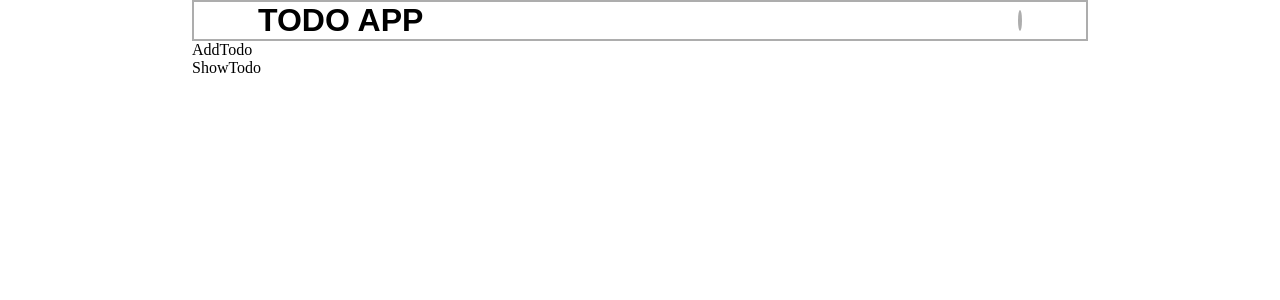
Repository: michalmilek/TodoApp
Page: /
The author's editor kept a copy of each file at every save. The page is drawn from the files as they stood at one save, then again after a run of saves.
The browser window is 1280 px wide. The pictures show the whole page.
Some web fonts or font styles are not loaded; a fallback is used. The project was rebuilt for these pictures with package versions that can differ from the ones it lists, and the page was loaded fresh each time. Also part of the build but not shown: vite.config.js.

Above is the page before, as saved 2023-02-01 13:17:37.

After the next 2 saves:
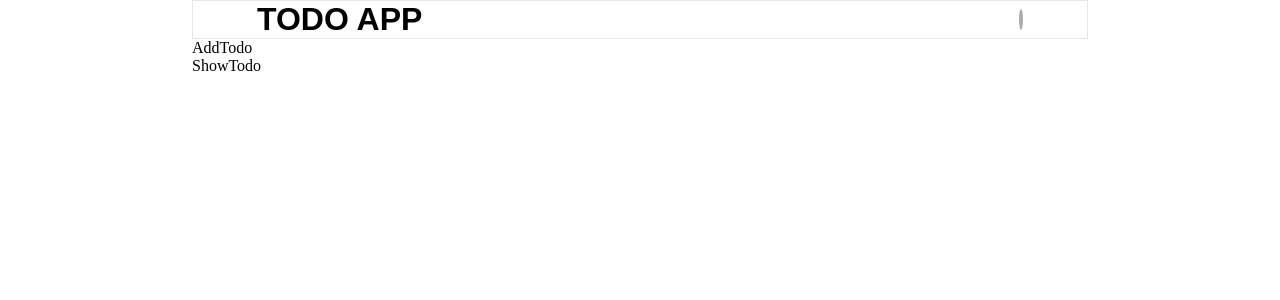
The 2 saves are shown as one change because they came seconds apart.
The last was saved 9 s later.
--- a/src/App.css
+++ b/src/App.css
@@ -4,7 +4,7 @@ header{
   align-items: center;
   width: 70vw;
   padding: 0 4rem;
-  border: 2px solid rgb(173, 173, 173);
+  border: 1px solid rgb(230, 230, 230);
 }
 
   .logo{
